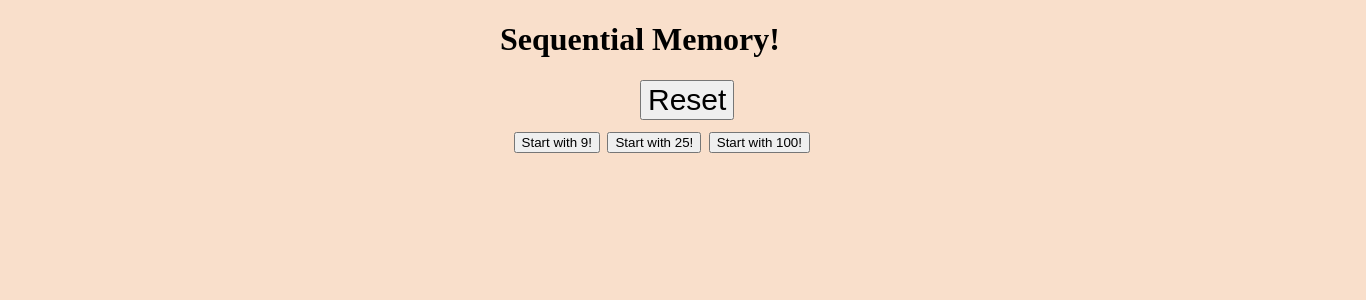
Repository: HyveMynd/htdocs
Page: PS1/SequentialMemory.html
An editor plug-in stored every save of this project. The page is shown before and after the next save, followed by the edit.
The browser window is 1280 px wide. The page is 1366 px wide, so the pictures cover 1366 px, including what lies to the right of the window. The pictures show the whole page.
Some web libraries are served in a nearby version.

Above is the page before, as saved 2013-01-22 05:12:45.

After the next save:
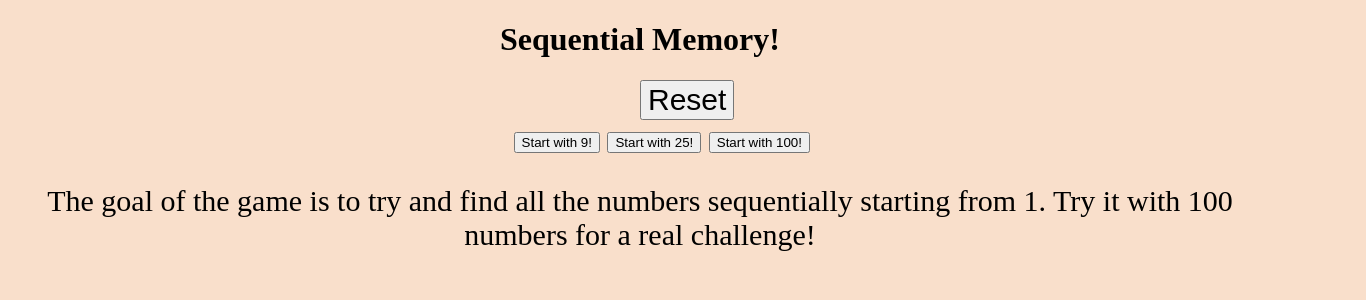
Saved 117 s later.
--- a/PS1/SequentialMemory.html
+++ b/PS1/SequentialMemory.html
@@ -21,5 +21,7 @@
 	<button id=num5 onclick="displayBoard(5)">Start with 25!</button>
 	<button id=num10 onclick="displayBoard(10)">Start with 100!</button>
 </div>
+<p class=Instructions >The goal of the game is to try and find all the
+numbers sequentially starting from 1. Try it with 100 numbers for a real challenge!</p>
 </body>
 </html>
